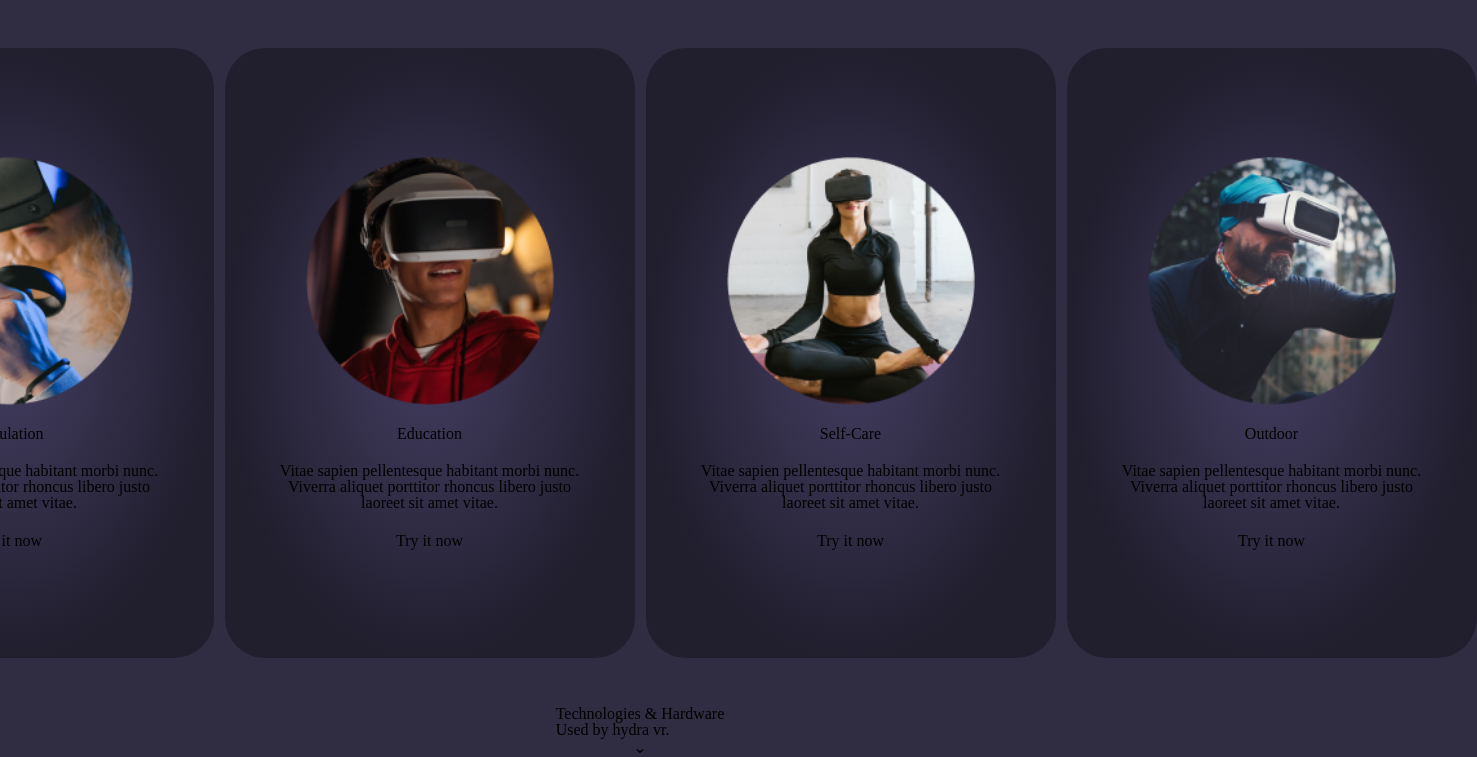
Repository: xMargi/Hydra-LandingPage
Page: index.html
The author's editor kept a copy of each file at every save. The page is drawn from the files as they stood at one save, then again after a run of saves.
The browser window is 1280 px wide. The page is 1477 px wide, so the pictures cover 1477 px, including what lies to the right of the window. The pictures show the whole page.

Above is the page before, as saved 2023-06-07 20:13:22.

After the next 2 saves:
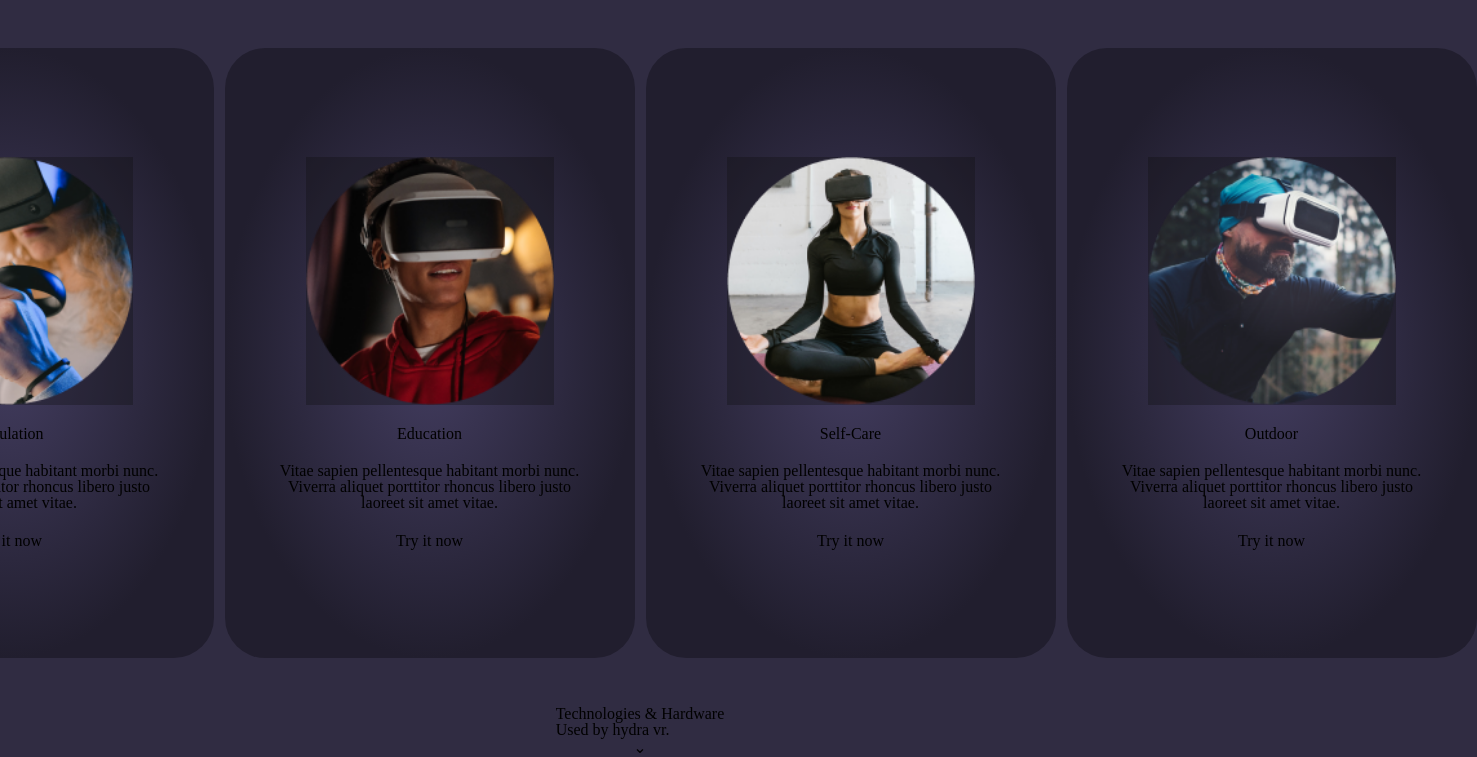
The 2 saves are shown as one change because they came seconds apart.
The last was saved 10 s later.
--- a/style.css
+++ b/style.css
@@ -43,7 +43,7 @@
 }
 
 .cartao__img{
-    background: ;
+    background: var(--cor-sombra);
     width: 80%;
 
 }

After the save that followed:
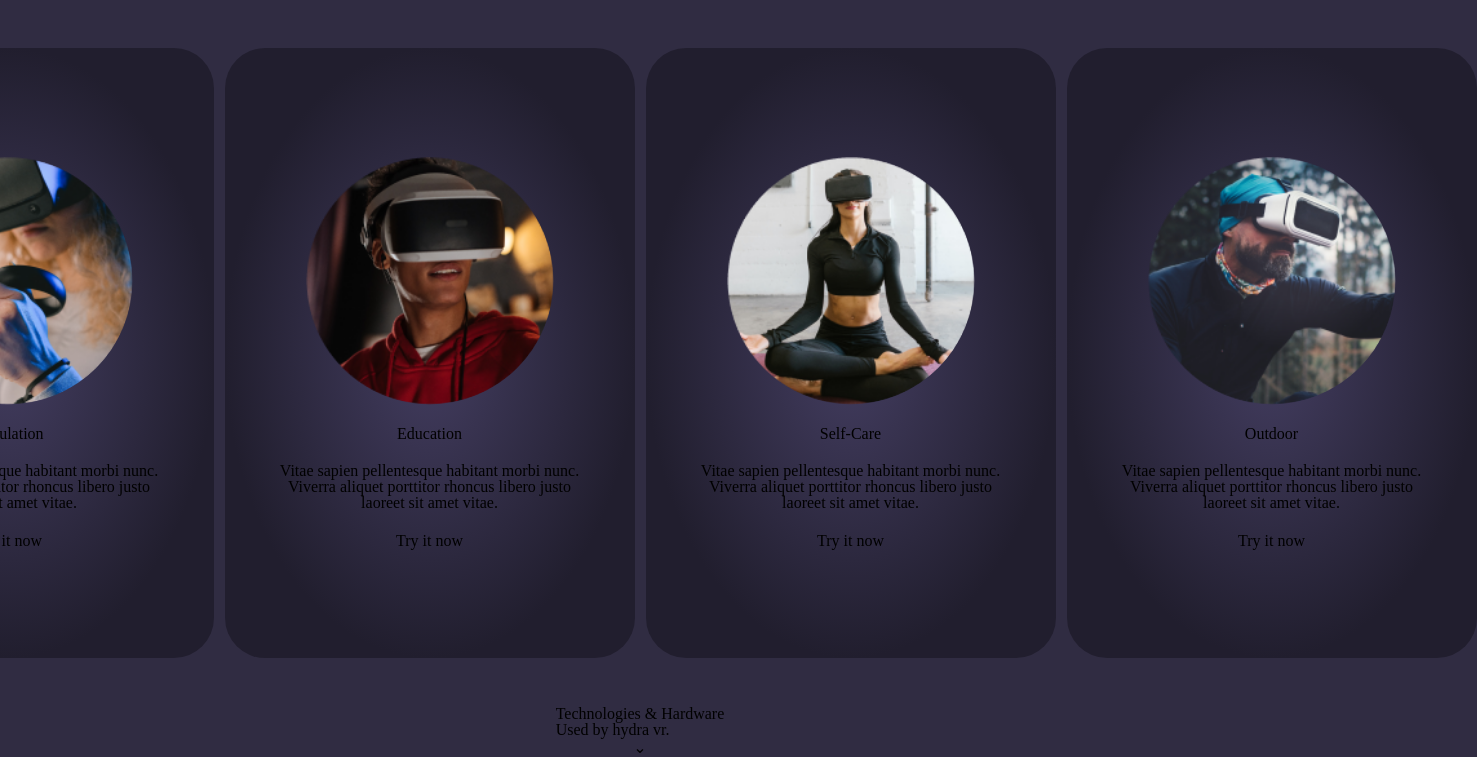
Saved 3 min 59 s later.
--- a/style.css
+++ b/style.css
@@ -43,7 +43,9 @@
 }
 
 .cartao__img{
-    background: var(--cor-sombra);
+    shape-outside: ellipse();
+    clip-path: ellipse();
     width: 80%;
 
+
 }
